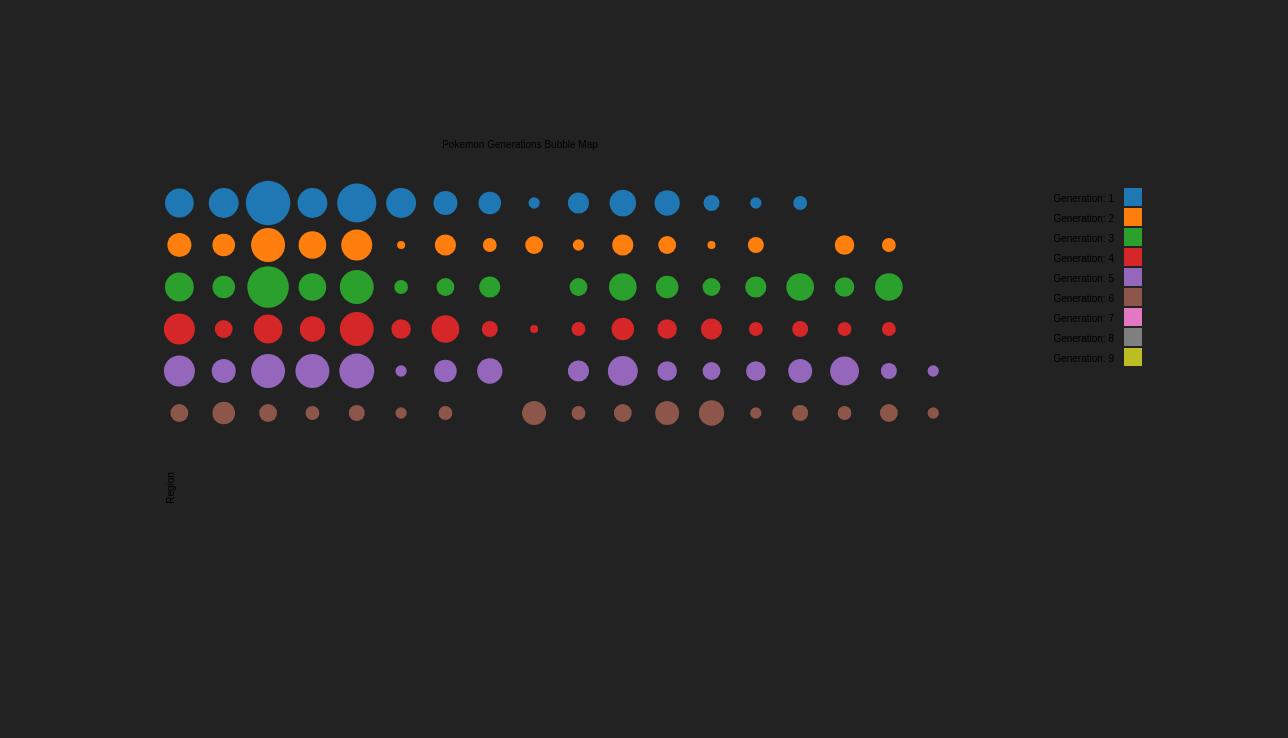
Repository: Cartterr/Proyecto-VisInfo
Page: Propuesta2_Atributos_Burbujas.html
An editor plug-in stored every save of this project. The page is shown before and after the next save, followed by the edit.
The browser window is 1280 px wide. The page is 1288 px wide, so the pictures cover 1288 px, including what lies to the right of the window. The pictures show the whole page.

Above is the page before, as saved 2023-06-21 04:10:53.

After the next save:
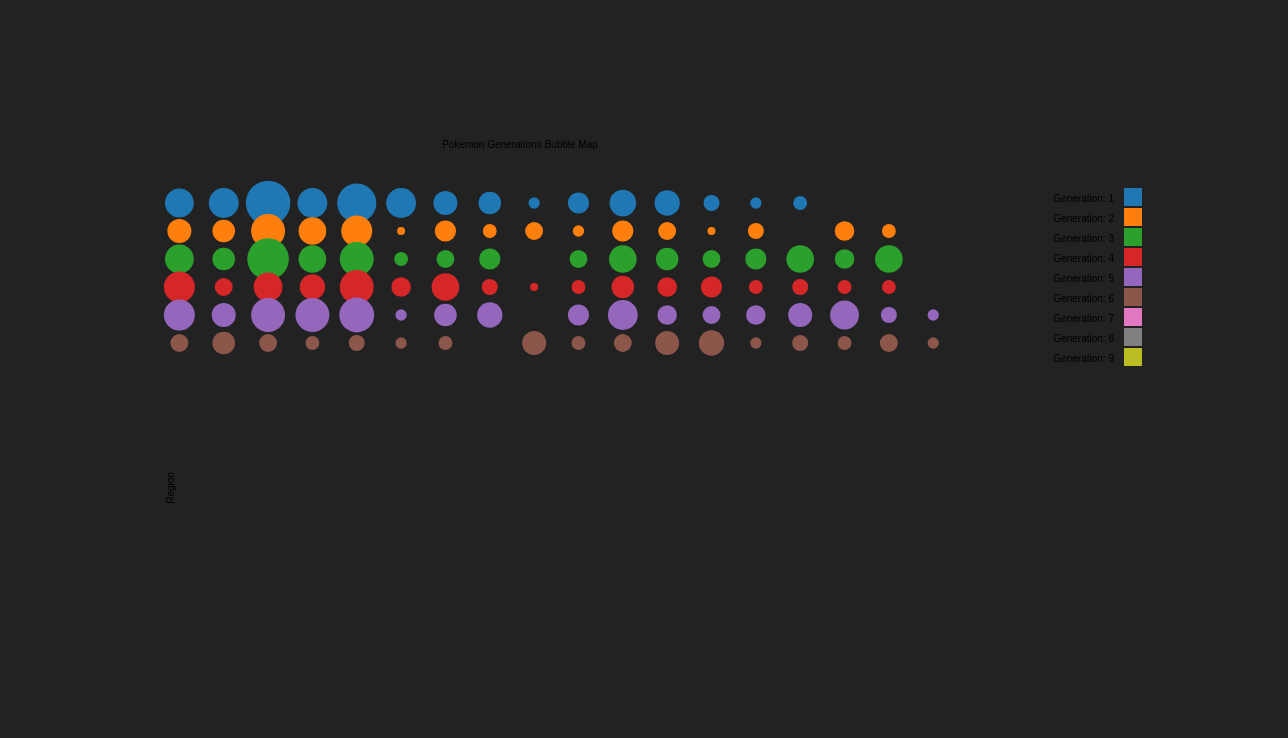
Saved 48 s later.
--- a/Propuesta2_Atributos_Burbujas.js
+++ b/Propuesta2_Atributos_Burbujas.js
@@ -50,7 +50,7 @@ Promise.all([
 
     let yCoord = d3.scalePoint()
         .domain(data.map(d => d.Region))
-        .range([150, window.innerHeight - 150]);
+        .range([150, window.innerHeight -290]);
 
     let color = d3.scaleOrdinal(d3.schemeCategory10);
 
